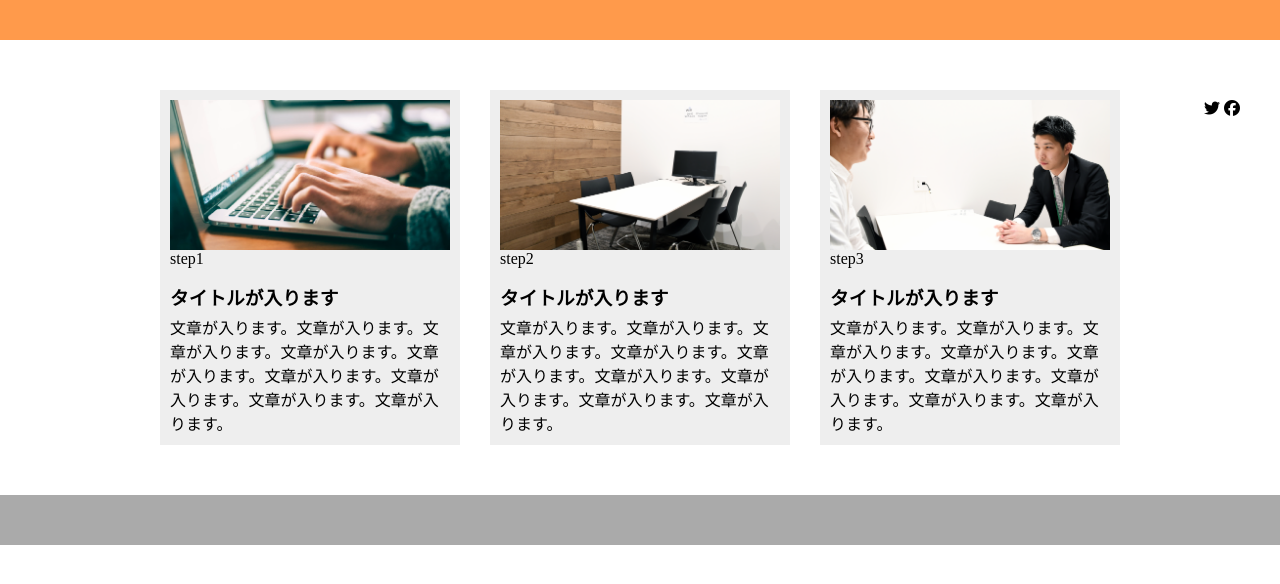
Repository: 825814/caravan2
Page: chapter9/index.html
The author's editor kept a record of every edit. The page is drawn from the files as they stood at one moment, then again after the next edit.
The browser window is 1280 px wide. The pictures show the whole page.
Some web libraries are served in a nearby version.

Above is the page before.

After the next edit:
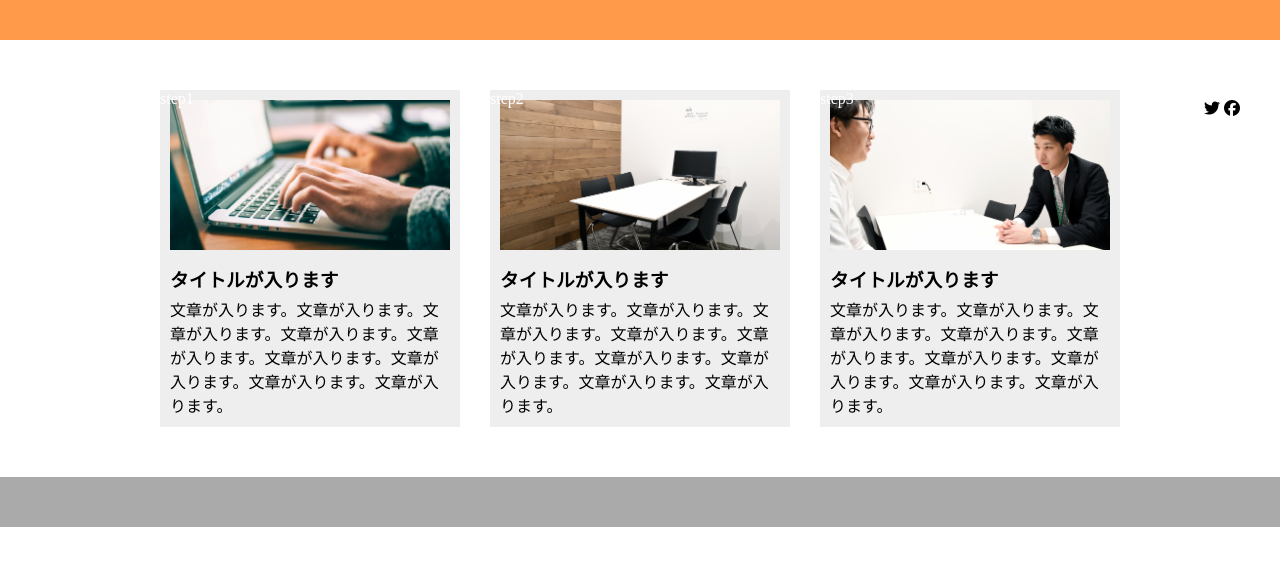
The edit:
--- a/chapter9/style.css
+++ b/chapter9/style.css
@@ -58,7 +58,7 @@
   background-size: cover;
 }
 
-.step-num {
+.step-nam {
   position: absolute;
   top: 0;
   left: 0;
